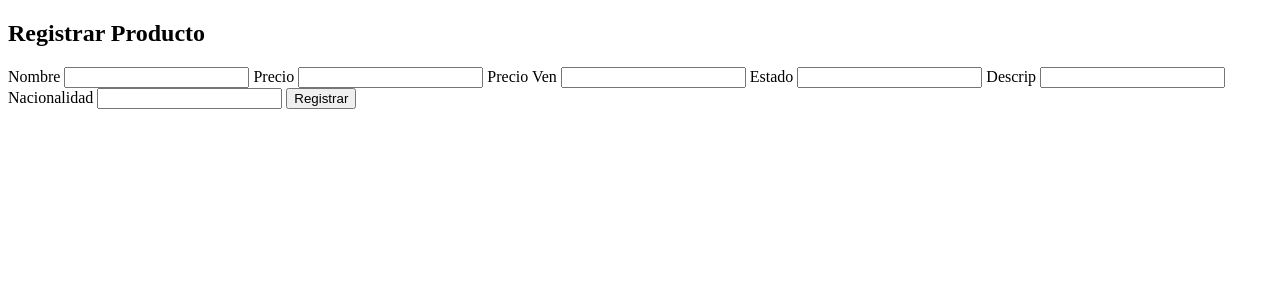
Repository: nxseee/ExamenCL2
Page: http://localhost/LPII_CL2_RiveroCabezasAndre/RegistrarProducto.jsp
The author's editor kept a copy of each file at every save. The page is drawn from the files as they stood at one save, then again after the next save.
The browser window is 1280 px wide. The pictures show the whole page.
The page is served by Tomcat 9. Other server files are loaded and not shown.

Above is the page before, as saved 2024-06-21 06:30:36.

### LPII_CL2_RiveroCabezasAndre/src/main/webapp/RegistrarProducto.jsp
<%@ page language="java" contentType="text/html; charset=UTF-8"
    pageEncoding="UTF-8"%>
<!DOCTYPE html>
<html>
<head>
<meta charset="UTF-8">
<title>Insert title here</title>
</head>
<body>

 <h2>Registrar Producto</h2>
    <form action="ControladorProducto" method="post">
        <label for="nombre">Nombre</label>
        <input type="text" id="nombre" name="nombre">

        <label for="apellido">Precio</label>
        <input type="text" id="precio" name="precio">

        <label for="dni">Precio Ven</label>
        <input type="number" id="precioVen" name="precioVen">


        <label for="telefono">Estado</label>
        <input type="text" id="estado" name="estado">

        <label for="sexo">Descrip</label>
        <input type="text" id="descrip" name="descrip">

        <label for="nacionalidad">Nacionalidad</label>
        <input type="text" id="nacionalidad" name="nacionalidad">

        <input type="submit" value="Registrar">
    </form>


</body>
</html>

After the next save:
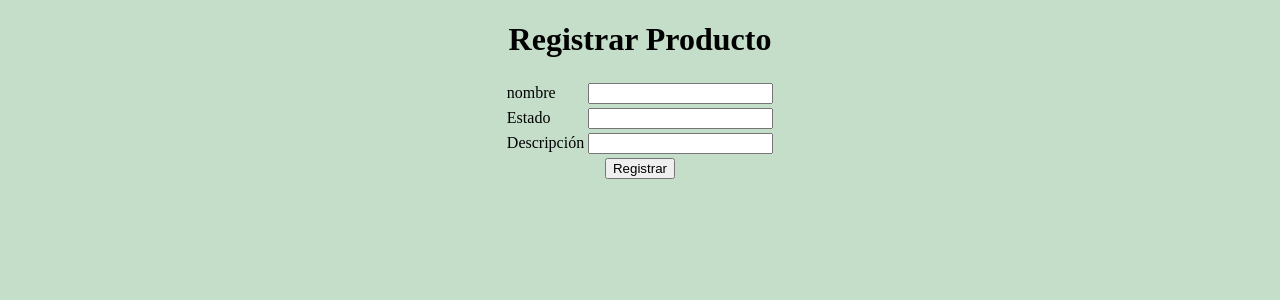
Saved 14 min 23 s later.
--- a/LPII_CL2_RiveroCabezasAndre/src/main/webapp/RegistrarProducto.jsp
+++ b/LPII_CL2_RiveroCabezasAndre/src/main/webapp/RegistrarProducto.jsp
@@ -1,37 +1,36 @@
-<%@ page language="java" contentType="text/html; charset=UTF-8"
-    pageEncoding="UTF-8"%>
-<!DOCTYPE html>
+<%@ page language="java" contentType="text/html; charset=ISO-8859-1"
+    pageEncoding="ISO-8859-1"%>
+<!DOCTYPE html PUBLIC "-//W3C//DTD HTML 4.01 Transitional//EN" "http://www.w3.org/TR/html4/loose.dtd">
 <html>
 <head>
-<meta charset="UTF-8">
-<title>Insert title here</title>
+<meta http-equiv="Content-Type" content="text/html; charset=ISO-8859-1">
+<title>Registrar Producto</title>
 </head>
-<body>
+<body bgcolor="#c5dec9">
+<h1 align="center">
+Registrar Producto
+</h1>
+<form action="ControladorProducto" method="post">
+<table align="center">
+<tr>
+<td>nombre</td>
+<td><input type="text" name="nombre"></td>
+</tr>
+<tr>
+<td>Estado</td>
+<td><input type="text" name="estado"></td>
+</tr>
+<tr>
+<td>Descripción</td>
+<td><input type="text" name="descrip"></td>
+</tr>
+<tr>
+<td colspan="2" style="text-align:center">
+<input type="submit"  value="Registrar">
+</td>
+</tr>
+</table>
 
- <h2>Registrar Producto</h2>
-    <form action="ControladorProducto" method="post">
-        <label for="nombre">Nombre</label>
-        <input type="text" id="nombre" name="nombre">
-
-        <label for="apellido">Precio</label>
-        <input type="text" id="precio" name="precio">
-
-        <label for="dni">Precio Ven</label>
-        <input type="number" id="precioVen" name="precioVen">
-
-
-        <label for="telefono">Estado</label>
-        <input type="text" id="estado" name="estado">
-
-        <label for="sexo">Descrip</label>
-        <input type="text" id="descrip" name="descrip">
-
-        <label for="nacionalidad">Nacionalidad</label>
-        <input type="text" id="nacionalidad" name="nacionalidad">
-
-        <input type="submit" value="Registrar">
-    </form>
-
-
+</form>
 </body>
 </html>
